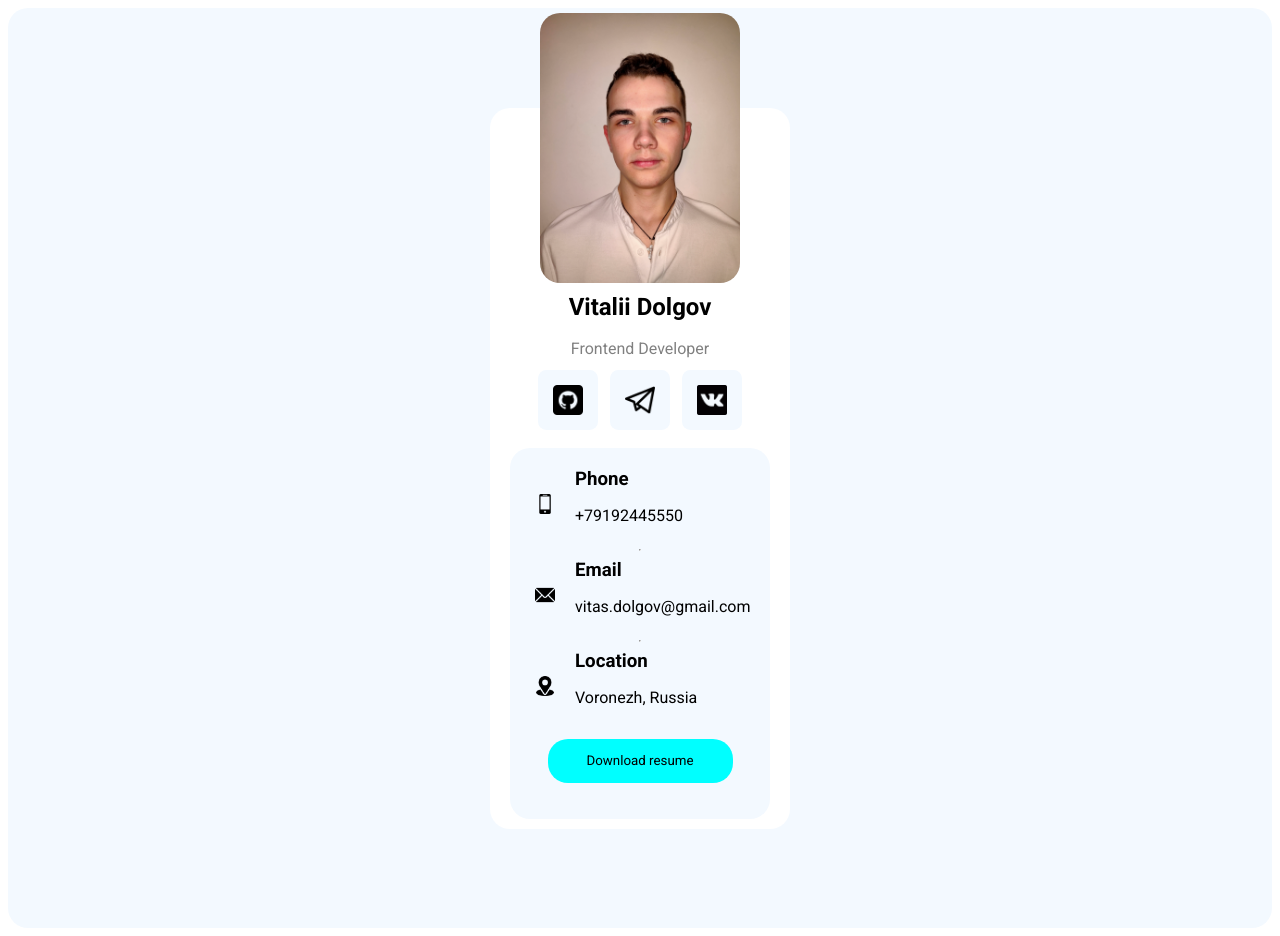
Repository: VitasYo/User_card
Page: src/index.html
These files come from the project's save history. The page is drawn as it stood at one moment and after a run of saves; the edit follows.
The browser window is 1280 px wide. The pictures show the whole page.

Above is the page before, as saved 2024-04-10 00:08:49.

### src/index.html
<!DOCTYPE html>
<html lang="ru">
  <head>
    <meta charset="UTF-8" />
    <meta name="viewport" content="width=device-width, initial-scale=1.0" />
    <title>First html</title>
    <link rel="stylesheet" href="../assets/css/index.css" />
    <script src="script.js"></script>
  </head>
  <body>
    <section class="container">
      <div class="container_card">
        <img class="avatar" src="../assets/img/Фото.jpg" alt="" />
        <div class="user-info">
          <h1>Vitalii Dolgov</h1>
          <div class="position">Frontend Developer</div>
        </div>
        <div>
          <a href="#"
            ><img class="icon" src="../assets/img/github.png" alt="github"
          /></a>
          <a href="#"
            ><img class="icon" src="../assets/img/telegram.png" alt="telegram"
          /></a>
          <a href="#"
            ><img class="icon" src="../assets/img/vk.png" alt="vk"
          /></a>
        </div>
        <div class="items_card">
          <div class="items_string">
            <img class="card_icon" src="../assets/img/phone.png" />
            <div class="card_info">
              <div><h3>Phone</h3></div>
              <div><p>+79192445550</p></div>
            </div>
          </div>
          <hr class="stripe">
          <div class="items_string">
            <img class="card_icon" src="../assets/img/email.png" />
            <div class="card_info">
              <div><h3>Email</h3></div>
              <div><p>vitas.dolgov@gmail.com</p></div>
            </div>
          </div>
          <hr class="stripe">
          <div class="items_string">
            <img class="card_icon" src="../assets/img/location.png" />
            <div class="card_info">
              <div><h3>Location</h3></div>
              <div><p>Voronezh, Russia</p></div>
            </div>
          </div>
          <button class="button">Download resume</button>
        </div>
      </div>
    </section>
  </body>
</html>

### assets/css/index.css
@import url("https://fonts.googleapis.com/css2?family=Roboto:ital,wght@0,100;0,300;0,400;0,500;0,700;0,900;1,100;1,300;1,400;1,500;1,700;1,900&display=swap");
* {
  font-family: "Roboto", sans-serif;
}

.container h1 {
  margin-top: 10px;
  margin-bottom: 0;
}

.container h3 {
  margin-top: 0;
  margin-bottom: 0;
}

.container {
  display: flex;
  flex-direction: column;
  align-items: center;
  background-color: rgb(243, 249, 255);
  border-radius: 20px;
  height: 920px;
  justify-content: center;
}

.container_card {
  display: flex;
  flex-direction: column;
  align-items: center;
  background-color: white;
  border-radius: 20px;
  width: 300px;
}

.position {
  color: gray;
  margin-top: 8px;
}

.avatar {
  margin-top: -95px;
  width: 200px;
  height: 270px;
  border-radius: 20px;
}

.user-info {
  margin-bottom: 8px;
  display: flex;
  flex-direction: column;
  align-items: center;
  gap: 10px;
}

.icon {
  width: 30px;
  height: 30px;
  padding: 15px;
  background-color: rgb(243, 249, 255);
  border-radius: 8.27px;
  margin: 4px;
}

.items_card {
  background-color: rgb(243, 249, 255);
  border-radius: 20px;
  width: 260px;
  padding: 20px 0;
  margin: 10px 0;
  align-items: center;
  display: flex;
  flex-direction: column;
}

.items_string {
  justify-content: center;
  align-items: center;
  display: flex;
  border-bottom: 1px;
  border-width: 1px;
}

.card_icon {
  width: 20px;
  height: 20px;
  padding: 0 10px;
}

.card_info {
  margin-left: 10px;
  font-size: 16px;
  width: 180px;
}

.button {
  margin: 16px 0;
  background-color: aqua;
  border-radius: 20px;
  border-width: 0;
  width: 185px;
  height: 44px;
  cursor: pointer;
}

Loaded but not shown: src/script.js (no stored copy; drawn as an empty file)

After the next 4 saves:
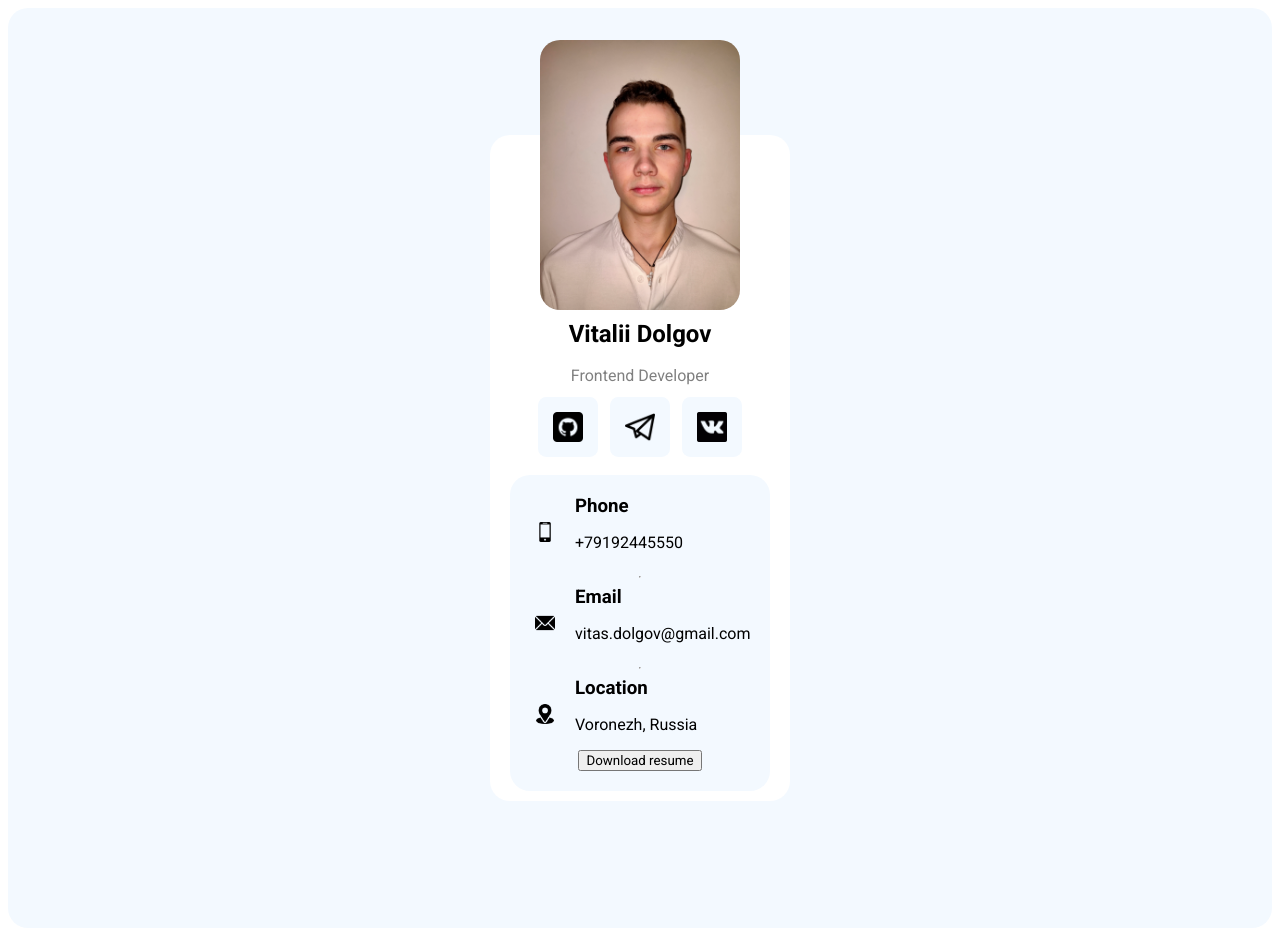
The 4 saves are shown as one change because they came seconds apart.
The last was saved 16 s later.
--- a/assets/css/index.css
+++ b/assets/css/index.css
@@ -92,6 +92,10 @@
   width: 180px;
 }
 
+.class="stripe {
+
+}
+
 .button {
   margin: 16px 0;
   background-color: aqua;

After the save that followed:
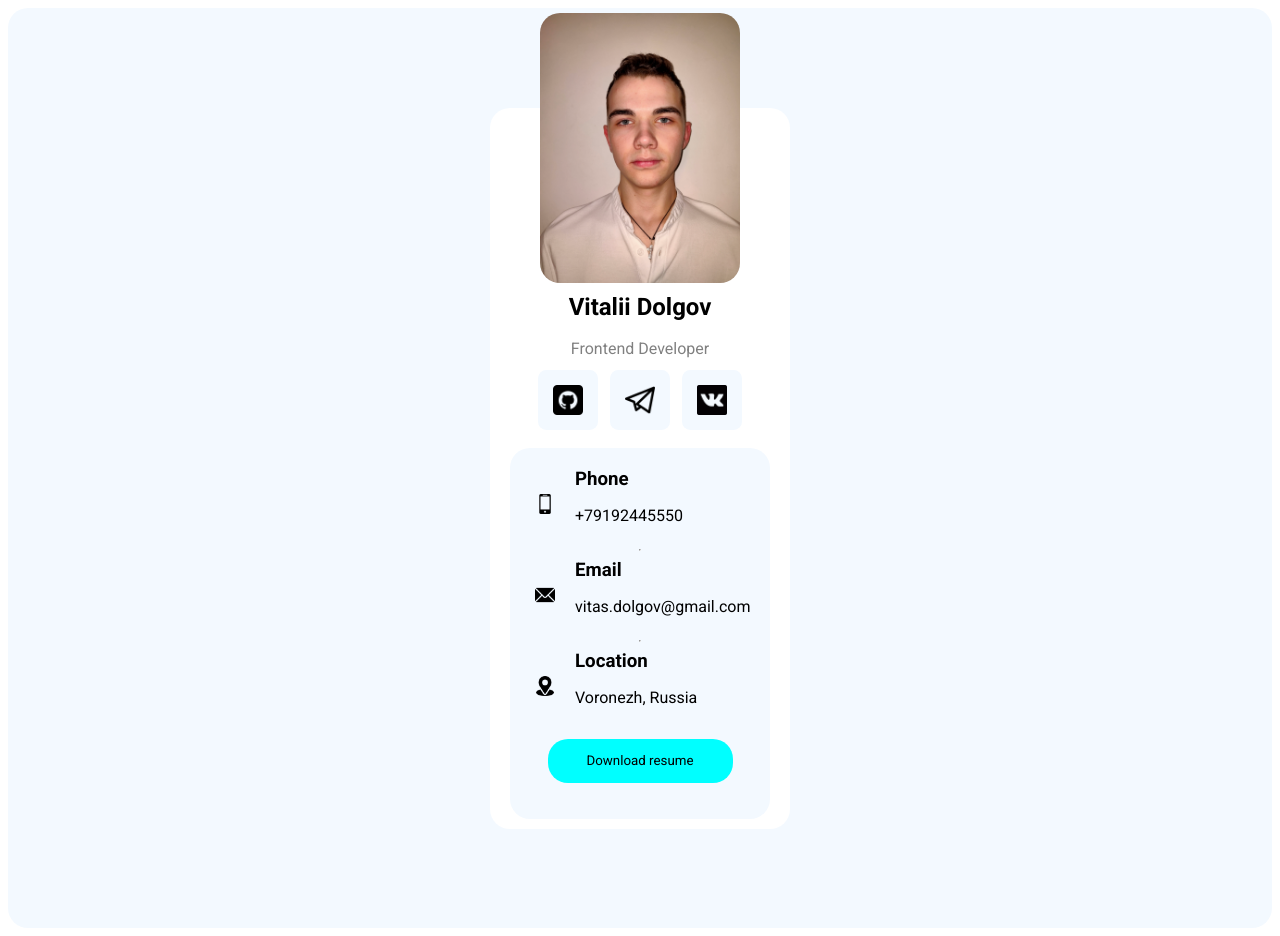
Saved 4 s later.
--- a/assets/css/index.css
+++ b/assets/css/index.css
@@ -92,7 +92,7 @@
   width: 180px;
 }
 
-.class="stripe {
+.stripe {
 
 }
 
